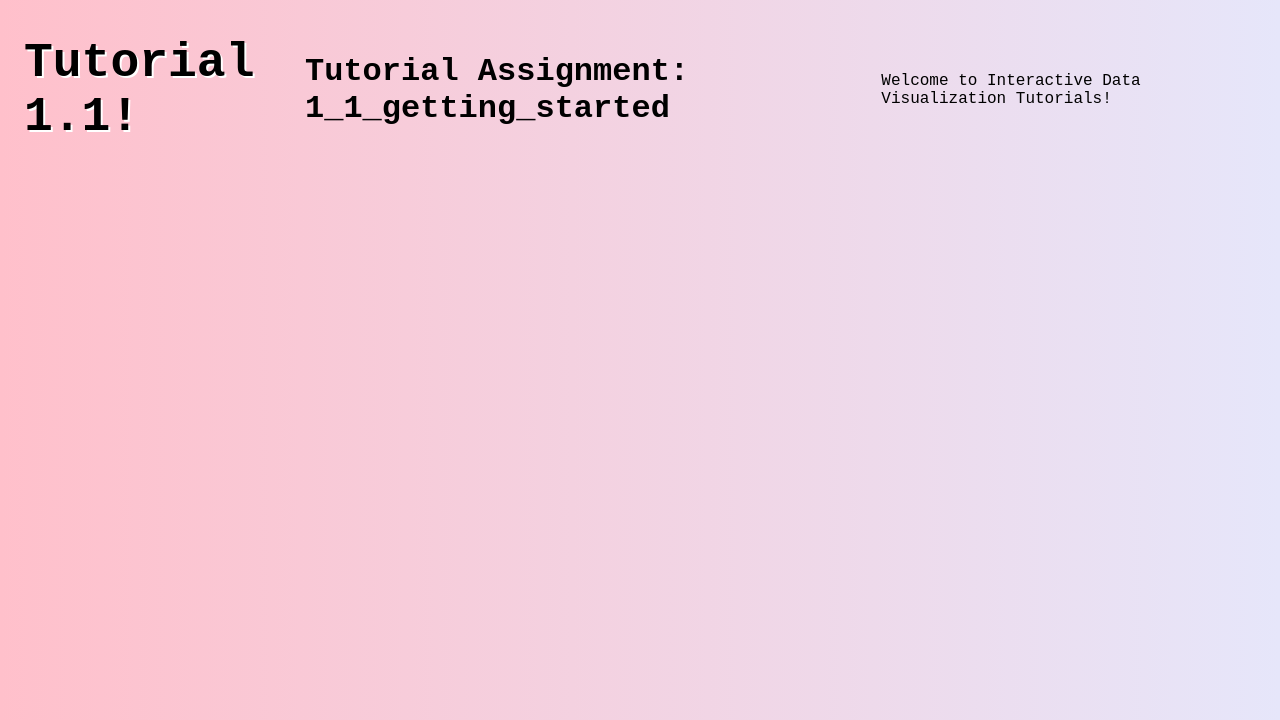
Repository: lisjak/Interactive-Data-Vis-Fall2022
Page: 1_1_getting_started/index.html
The author's editor kept a copy of each file at every save. The page is drawn from the files as they stood at one save, then again after the next save.
The browser window is 1280 px wide. The pictures show the whole page.
Some web fonts or font styles are not loaded; a fallback is used.

Above is the page before, as saved 2022-09-04 21:49:19.

### 1_1_getting_started/index.html
<!DOCTYPE html>

<head>
    <meta charset="utf-8">

    <title>Interactive Data Visualization Tutorial</title>

    <link rel="stylesheet" href="https://fonts.googleapis.com/css?family=Source+Sans+Pro">

    <link href="https://fonts.googleapis.com/css2?family=Azeret+Mono&display=swap" rel="stylesheet">

    <link rel="stylesheet" href="./style.css">
</head>

<body>
    <h1>Tutorial 1.1!</h1>
    <h3>Tutorial Assignment: 1_1_getting_started </h3>
    <p>Welcome to Interactive Data Visualization Tutorials! </p>
</body>

</html>

### 1_1_getting_started/style.css
body {
    background-image: linear-gradient(to right, pink, lavender);
    font-family: 'Azeret Mono', monospace;
    font-size: 16px;
    padding: 1em;
    display: flex;
    align-items: center;
    justify-content: center;
}

h1 {
    font-size: 3em;
    margin: 0.25em 0;
    text-shadow: 2px 2px 0px white;
}

h3 {
    font-size: 2em;
    margin: 0.25em 0;
}

p {
    font-size: 1em;
    color: black;
}

After the next save:
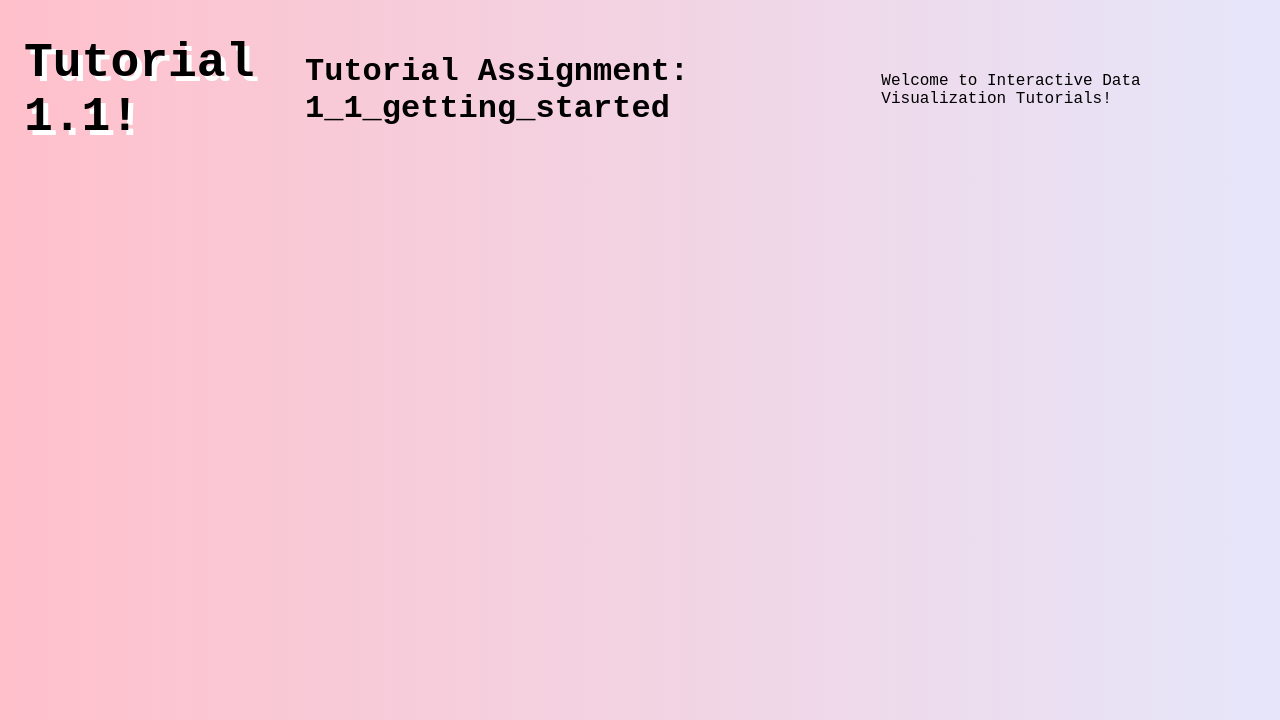
Saved 6 s later.
--- a/1_1_getting_started/style.css
+++ b/1_1_getting_started/style.css
@@ -11,7 +11,7 @@ body {
 h1 {
     font-size: 3em;
     margin: 0.25em 0;
-    text-shadow: 2px 2px 0px white;
+    text-shadow: 5px 5px 0px white;
 }
 
 h3 {
